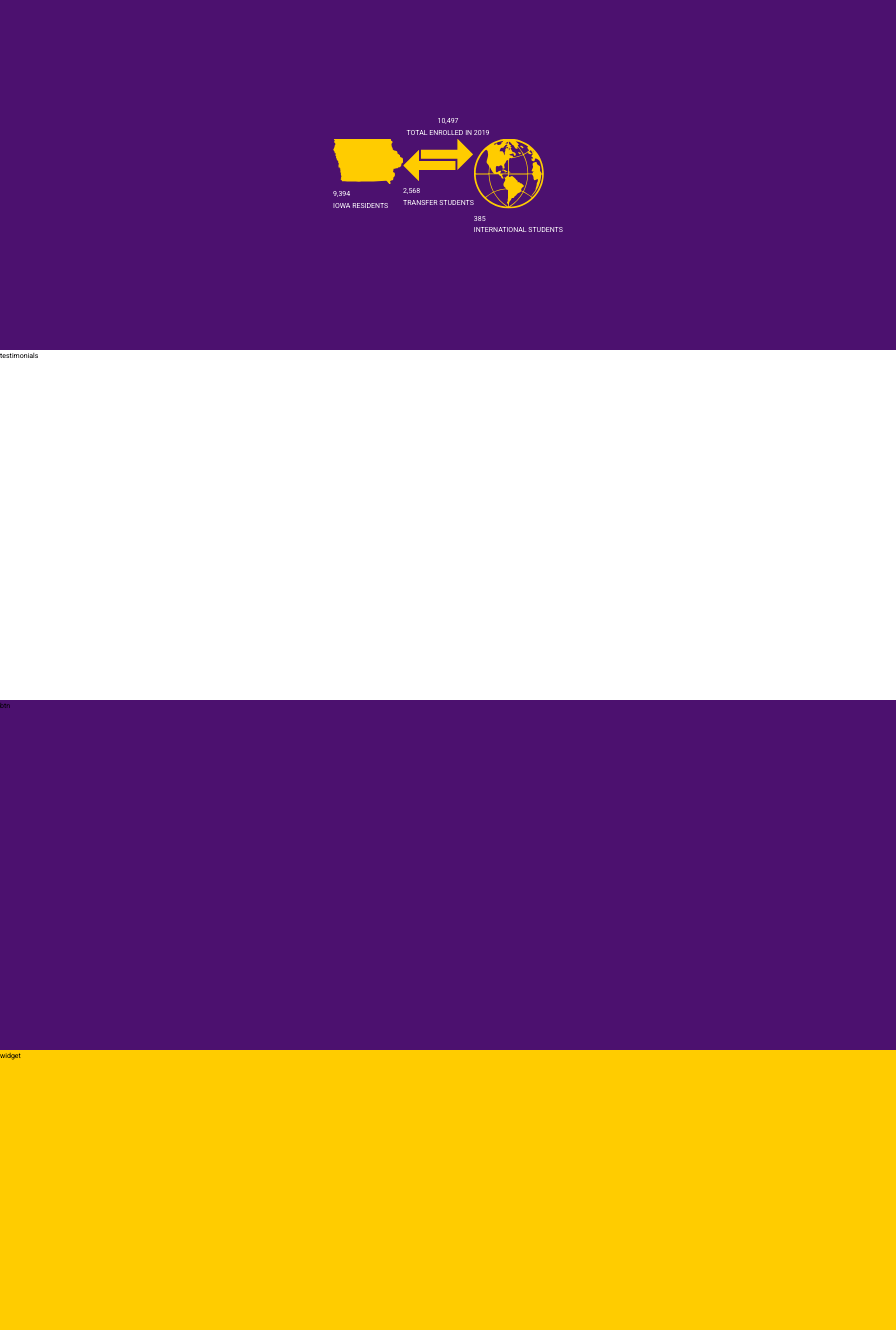
Repository: trietngo/nisg
Page: index.html
The author's editor kept a copy of each file at every save. The page is drawn from the files as they stood at one save, then again after the next save.
The browser window is 1280 px wide. The pictures show the part of the page from y = 720 to 2620 px (the page is 3020 px tall), at 70% of full size.
Some web fonts or font styles are not loaded; a fallback is used. The style sheet was rebuilt from its Sass, Less or Tailwind sources for each picture, by a compiler version that may differ from the author's.

Above is the page before, as saved 2020-08-26 11:09:34.

### index.html
<!DOCTYPE html>
<html lang="en">
    <head>
        <meta charset="UTF-8">
        <meta name="viewport" content="width=device-width, initial-scale=1.0">

        <link href="https://fonts.googleapis.com/css2?family=Roboto:wght@100;300;400;500;700;900&display=swap" rel="stylesheet">
        <link href="https://fonts.googleapis.com/css2?family=Sedgwick+Ave&display=swap" rel="stylesheet">
        <link href="https://fonts.googleapis.com/css2?family=Sriracha&display=swap" rel="stylesheet">

        <link rel="stylesheet" href="css/style.css">

        <title>Proposed NISG Website</title>
    </head>

    <body>

        <header class="header">
            <div class="header__upper">
                <div class="header__container--left">
                    <img class="header__logo" src="img/New NISG Logo - White-01.png" alt="NISG Logo">
                    <div class="header__title">Northern Iowa Student Government</div>
                </div>

                <div class="header__container--right">
                    <a href="https://uni.edu" class="header__external">VISIT UNI WEBSITE</a>

                    <input type="text" name="" class="header__searchbar" id="" placeholder="Search NISG">
                    <ul class="header__nav">
                        <li><a class="header__link" href="#">News</a></li>
                        <li><a class="header__link" href="#">Resources</a></li>
                        <li><a class="header__link" href="#">Services</a></li>
                        <li><a class="header__link" href="#">Applications</a></li>
                        <li><a class="header__link" href="#">Student Organizations</a></li>
                        <li><a class="header__link" href="#">About</a></li>
                        <li><a class="header__link btn header__contact" href="#">Contact Us</a></li>
                    </ul>
                </div>
            </div>

            <div class="header__lower">

                <video class="header__video" autoplay muted loop>
                    <source src="img/Website.mp4" type="video/mp4">
                </video>

                <div class="header__overlay">
                    <p class="header__overlay--title">BY UNI STUDENTS.<br>FOR UNI STUDENTS.</p>
                    <p class="header__overlay--subtitle">Serving UNI students is NISG's top priority.</p>
                    <a href="#" class="header__overlay--about btn">About NISG</a>
                </div>

            </div>

        </header>

        <main>

            <section id="enroll">
                <div class="enrollment">
                    <div class="enrollment__total">
                        <div class="enrollment__total--title">
                            10,497
                        </div>

                        <div class="enrollment__total--subtitle">TOTAL ENROLLED IN 2019</div>

                    </div>

                    <div class="enrollment__breakdown">
                        <div class="enrollment__category">
                            <img class="enrollment__category--icon" src="img/iowa-icon.svg" alt="Iowa icon">
                            <p class="enrollment__category--title">9,394</p>
                            <p class="enrollment__category--subtitle">IOWA RESIDENTS</p>
                        </div>
                        <div class="enrollment__category">
                            <img class="enrollment__category--icon" src="img/transfer-icon.svg" alt="Transfer icon">
                            <p class="enrollment__category--title">2,568</p>
                            <p class="enrollment__category--subtitle">TRANSFER STUDENTS</p>
                        </div>
                        <div class="enrollment__category">
                            <img class="enrollment__category--icon" src="img/globe-icon.svg" alt="Globe icon">
                            <p class="enrollment__category--title">385</p>
                            <p class="enrollment__category--subtitle">INTERNATIONAL STUDENTS</p>
                        </div>
                    </div>
                </div>
            </section>

            <section id="quotes">
                <div class="testimonials">
                    testimonials
                </div>
            </section>

            <section id="services">
                <div class="selection">
                    btn
                </div>
            </section>

            <section id="news">
                <div class="widget">
                    widget
                </div>
            </section>

        </main>

        <footer class="footer">
            footer
        </footer>

    </body>
</html>

### sass/main.scss
@import "abstract/variables";

@import "base/base";
@import "base/typography";

@import "components/button";

@import "layout/enrollment";
@import "layout/footer";
@import "layout/header";
@import "layout/news";
@import "layout/services";
@import "layout/testimonials";

### sass/abstract/_variables.scss
// COLORS

$color-primary: #4c116f;
$color-secondary: #ffcc00;
$color-tertiary: #ffffff;

### sass/base/_typography.scss
body {
    font-family: 'Roboto', sans-serif;
    font-weight: 400;
    line-height: 1.7;
}

.header__searchbar {
    font-family: 'Roboto', sans-serif;
    font-weight: 400;
    font-size: 1.5rem;
}

.header__overlay {

    &--title {
        font-family: 'Roboto', sans-serif;
        font-weight: 700;
        font-size: 5rem;
        line-height: 1.2;
    }

    &--subtitle {
        font-size: 1.75rem;
    }

    &--about {
        font-size: 2.5rem;
        font-weight: 700;
    }
}

### sass/components/_button.scss
.btn {
    color: $color-secondary !important;
    border: .2rem solid $color-secondary;
    border-radius: 1.5rem;
    padding: 1rem 2rem !important;
    transition: all .3s;
    text-decoration: none;

    &:hover {
        color: $color-primary !important;
        border-color: none;
        background-color: $color-secondary;
        transition: all .3s;
    }
}

### sass/layout/_enrollment.scss
.enrollment {
    background-color: $color-primary;
    height: 50rem;
    display: flex;
    flex-direction: column;
    align-items: center;
    justify-content: center;
    color: $color-tertiary;
    z-index: 5;

    &__total {
        text-align: center;
    }

    &__breakdown {
        display: flex;
    }

    &__category {

        &--icon {
            width: 10rem;
        }
    }
}

### sass/layout/_footer.scss
.footer {
    height: 30rem;
    background-color: $color-tertiary;
}

### sass/layout/_header.scss
.header {

    display: flex;
    flex-direction: column;
    height: 100vh;

    &__container--left {
        flex: 1;
        padding: 3rem 7rem;
    }

    &__container--right {
        flex: 3;
        display: flex;
        flex-direction: column;
        align-items: flex-end;
        justify-content: space-between;
        padding-bottom: 3rem;
    }

    &__upper {
        background-color: $color-primary;
        flex: 0 1 22.5rem;
        display: flex;
        flex-wrap: wrap;
    }

    &__logo {
        height: 15rem;
    }

    &__title {
        font-size: 2rem;
        font-weight: 700;
        color: $color-tertiary;
        white-space: nowrap;
    }

    &__lower {
        background-color: $color-primary;
        flex: 1;
        min-height: 35rem;
        position: relative;
    }

    &__link {
        text-decoration: none;
        font-size: 2rem;
        font-weight: 700;
        color: $color-tertiary;
        padding: 0 3.5rem;
        transition: all .3s;
        white-space: nowrap;

        &:hover {
            color: $color-secondary;
            transition: all .3s;
        }
    }

    &__nav {
        list-style-type: none;
        display: flex;
        padding-right: 6rem;
        align-content: center;
        flex-wrap: wrap;
    }


    &__external {
        display: inline;
        background-color: $color-secondary;
        padding: 2rem 5rem;
        clip-path: polygon(0 0, 100% 0, 100% 100%, 15% 100%);
        text-decoration: none;
        font-size: 2rem;
        font-weight: 700;
    }

    &__video {
        width: 100%;
        height: 100%;
        object-fit: cover;
        opacity: 0.5;
        overflow: hidden;
        position: absolute;
    }

    &__searchbar {
        border: none;
        padding: 1rem;
        padding-right: 2rem;
        padding-left: 6rem;
        text-align: right;
        border-radius: 2rem;
        margin-right: 6rem;

        &:focus {
            outline: none;
        }
    }

    &__contact {
        margin-left: 2.5rem;
    }

    //OVERLAY

    &__overlay {
        height: 100%;
        width: 100%;
        position: absolute;
        display: flex;
        flex-direction: column;
        align-items: center;
        justify-content: center;
        color: $color-secondary;

        &--title {
            margin: 2rem;
            text-align: center;
        }

        &--about {
            display: inline-block;
            margin: 4rem;
        }
    }
}

### sass/layout/_news.scss
.widget {
    height: 50rem;
    background-color: $color-secondary;
}

### sass/layout/_services.scss
.selection {
    height: 50rem;
    background-color: $color-primary;
}

### sass/layout/_testimonials.scss
.testimonials {
    height: 50rem;
    background-color: $color-tertiary;
}

Loaded but not shown: sass/base/_base.scss (common file)

After the next save:
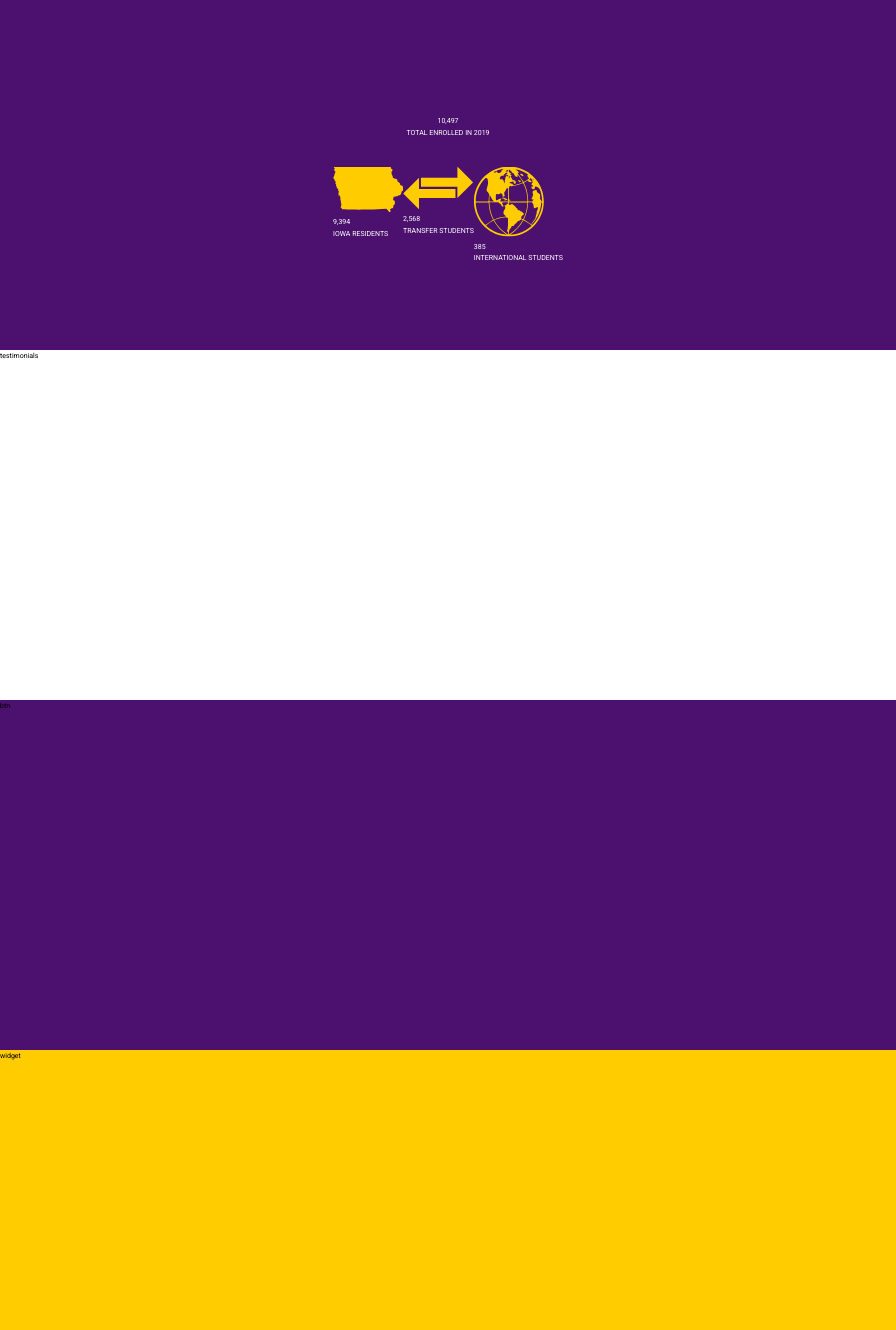
Saved 6 s later.
--- a/sass/layout/_enrollment.scss
+++ b/sass/layout/_enrollment.scss
@@ -10,6 +10,7 @@
 
     &__total {
         text-align: center;
+        padding: 4rem;
     }
 
     &__breakdown {
